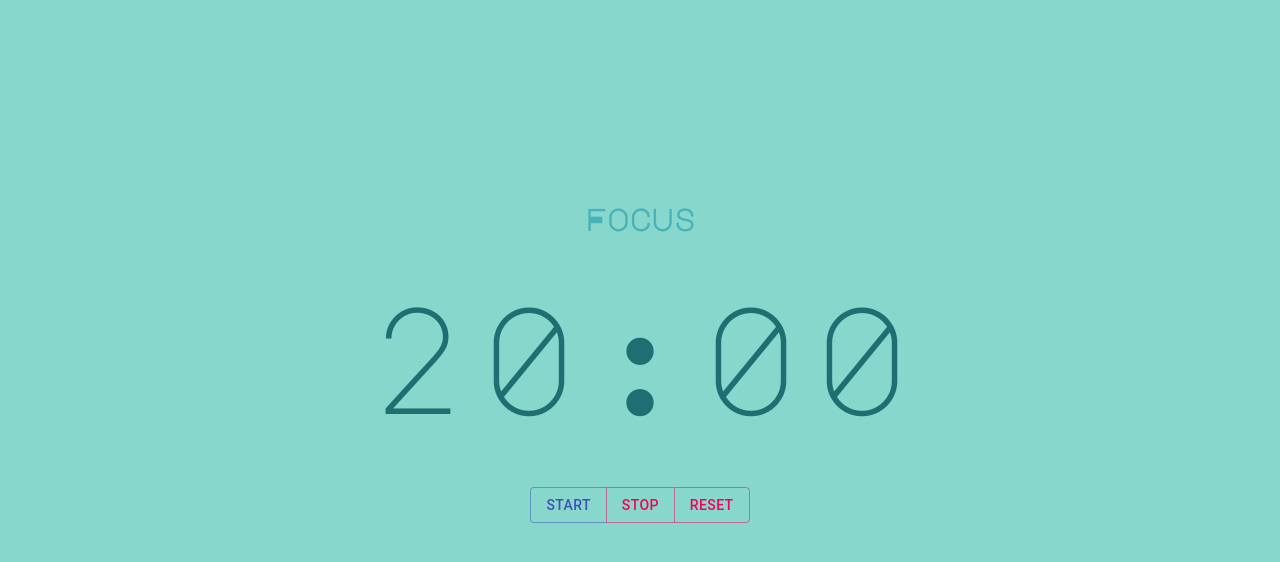
Repository: realistmccoy/pomodoro
Page: /
These files come from the project's save history. The page is drawn as it stood at one moment and after the next save; the edit follows.
The browser window is 1280 px wide. The pictures show the whole page.
The project was rebuilt for these pictures with package versions that can differ from the ones it lists, and the page was loaded fresh each time.

Above is the page before, as saved 2020-12-10 00:48:01.

### src/App.js
import React, { useState, useRef } from 'react';
import './App.css';
import { Button, ButtonGroup } from '@material-ui/core';

function padTime(time) {
	return time.toString().padStart(2, '0');
}

export default function App() {
	const [title, setTitle] = useState('Focus');
	const [timeLeft, setTimeLeft] = useState(20 * 60);
	const intervalRef = useRef(null);

	function startTimer() {
		setTitle(`FOCUS`);
		intervalRef.current = setInterval(() => {
			setTimeLeft((timeLeft) => {
				if (timeLeft >= 1) return timeLeft - 1;

				return 0;
			});
		}, 1000);
	}

	function stopTimer() {
		clearInterval(intervalRef.current);
		console.log(intervalRef.current);
	}

	const minutes = padTime(Math.floor(timeLeft / 60));
	const seconds = padTime(timeLeft - minutes * 60);

	return (
		<div className='app'>
			<h2>{title}</h2>

			<div className='timer'>
				<span>{minutes}</span>
				<span>:</span>
				<span>{seconds}</span>
			</div>

			<div>
				<ButtonGroup
					color='secondary'
					aria-label='outlined secondary button group'
				>
					<Button color='primary' onClick={startTimer}>
						Start
					</Button>
					<Button onClick={stopTimer}>Stop</Button>
					<Button>Reset</Button>
				</ButtonGroup>
			</div>
		</div>
	);
}

### src/App.css
@import url('https://fonts.googleapis.com/css2?family=Major+Mono+Display&display=swap');

* {
  box-sizing: border-box;
}

body {
  padding: 0;
  margin: 0;
  font-family: 'Major Mono Display', monospace;
  line-height: 1.5;
}

.app {
  min-height: 100vh;
  padding-left: 20px;
  padding-right: 20px;
  display: flex;
  flex-direction: column;
  align-items: center;
  justify-content: center;
  background: #87d7cc;
  color: #2c888d;
}

h2 {
  color: #49b2b8;
  font-size: 30px;
  text-align: center;
  margin: 0;
}

.timer {
  color: #1f6e72;
  font-size: 150px;
  margin-bottom: 20px;
}

.buttons button {
  outline: none;
  border: none;
  font-size: 24px;
  background: #f7fca0;
  color: #878b32;
  border-radius: 5px;
  box-shadow: 0 0 5px rgba(0, 0, 0, 0.1);
  padding: 15px 30px;
  cursor: pointer;
  transition: 0.3s ease all;
}

.buttons button:hover {
  border-radius: 10px;
  background: #f5f8ca;
  box-shadow: 0 0 10px rgba(0, 0, 0, 0.15);
  transform: translateY(-2px);
}

.buttons button:not(:last-child) {
  margin-right: 10px;
}

@media (max-width: 780px) {
  h2 {
    font-size: 22px;
  }

  .timer {
    font-size: 80px;
  }

  .buttons button {
    font-size: 18px;
  }
}

Loaded but not shown: public/index.html (common file); src/index.js (common file)

After the next save:
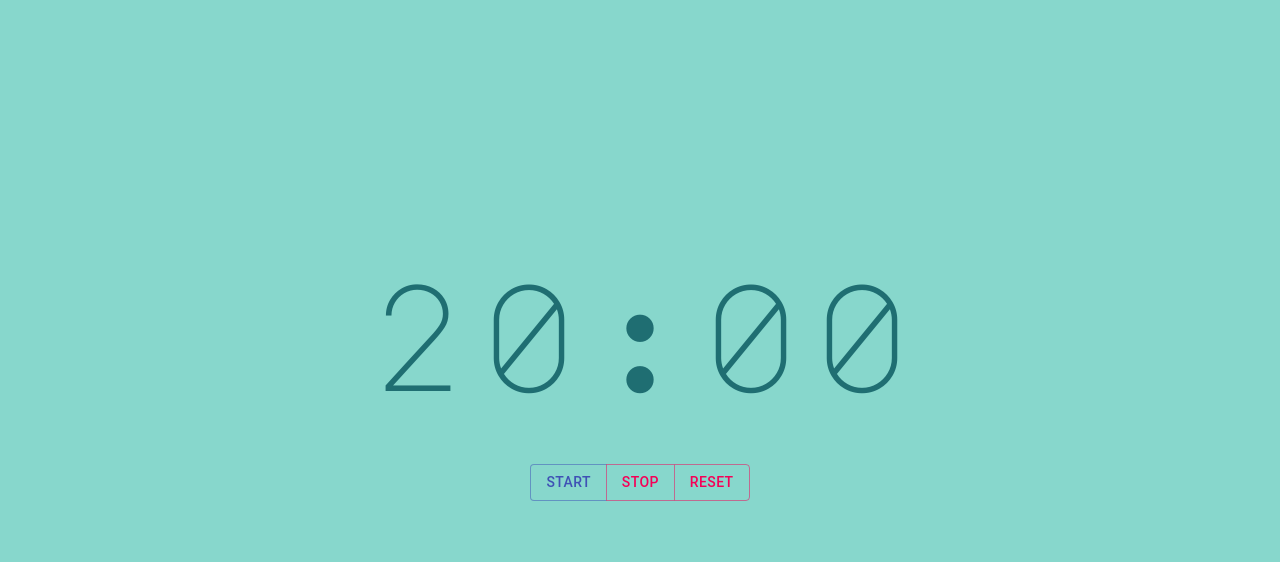
Saved 10 s later.
--- a/src/App.js
+++ b/src/App.js
@@ -7,7 +7,7 @@ function padTime(time) {
 }
 
 export default function App() {
-	const [title, setTitle] = useState('Focus');
+	const [title, setTitle] = useState('');
 	const [timeLeft, setTimeLeft] = useState(20 * 60);
 	const intervalRef = useRef(null);
 
